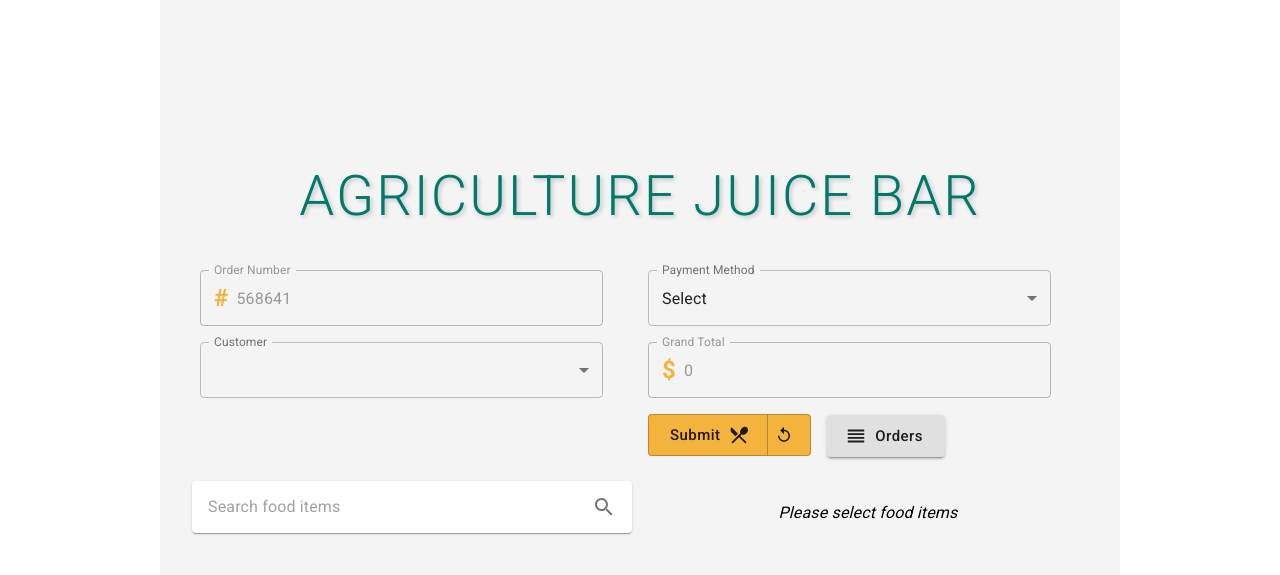
Repository: CydexCode/JuiceBarApplication
Page: / (app in restaurant-app/)
The author's editor kept a copy of each file at every save. The page is drawn from the files as they stood at one save, then again after the next save.
The browser window is 1280 px wide. The pictures show the whole page.
The page's requests for data from a server got no answer. The project was rebuilt for these pictures with package versions that can differ from the ones it lists, and the page was loaded fresh each time. No one was signed in, and anything a server would have sent is missing. Also part of the build but not shown: restaurant-app/src/layouts/Table.js, restaurant-app/src/components/Order/OrderList.js.

Above is the page before, as saved 2024-02-06 07:57:32.

### restaurant-app/public/index.html
<!DOCTYPE html>
<html lang="en">
  <head>
    <meta charset="utf-8" />
    <link rel="icon" href="%PUBLIC_URL%/favicon.ico" />
    <meta name="viewport" content="width=device-width, initial-scale=1" />
    <meta name="theme-color" content="#000000" />
    <meta
      name="description"
      content="Web site created using create-react-app"
    />
    <link rel="apple-touch-icon" href="%PUBLIC_URL%/logo192.png" />
    <!--
      manifest.json provides metadata used when your web app is installed on a
      user's mobile device or desktop. See https://developers.google.com/web/fundamentals/web-app-manifest/
    -->
    <link rel="manifest" href="%PUBLIC_URL%/manifest.json" />
    <!--
      Notice the use of %PUBLIC_URL% in the tags above.
      It will be replaced with the URL of the `public` folder during the build.
      Only files inside the `public` folder can be referenced from the HTML.

      Unlike "/favicon.ico" or "favicon.ico", "%PUBLIC_URL%/favicon.ico" will
      work correctly both with client-side routing and a non-root public URL.
      Learn how to configure a non-root public URL by running `npm run build`.
    -->

    <link rel="preconnect" href="https://fonts.googleapis.com" />
<link rel="preconnect" href="https://fonts.gstatic.com" crossorigin />
<link
  rel="stylesheet"
  href="https://fonts.googleapis.com/css2?family=Roboto:wght@300;400;500;600;700&display=swap"
/>

<link
  rel="stylesheet"
  href="https://fonts.googleapis.com/icon?family=Material+Icons"
/>

    <title>React App</title>

  </head>
  <body>
    <noscript>You need to enable JavaScript to run this app.</noscript>
    <div id="root"></div>
    <!--
      This HTML file is a template.
      If you open it directly in the browser, you will see an empty page.

      You can add webfonts, meta tags, or analytics to this file.
      The build step will place the bundled scripts into the <body> tag.

      To begin the development, run `npm start` or `yarn start`.
      To create a production bundle, use `npm run build` or `yarn build`.
    -->
  </body>
</html>

### restaurant-app/src/index.css
body {
  margin: 0;
  font-family:'Roboto', -apple-system, BlinkMacSystemFont, 'Segoe UI', 'Oxygen',
    'Ubuntu', 'Cantarell', 'Fira Sans', 'Droid Sans', 'Helvetica Neue',
    sans-serif;
  -webkit-font-smoothing: antialiased;
  -moz-osx-font-smoothing: grayscale;
}

code {
  font-family: source-code-pro, Menlo, Monaco, Consolas, 'Courier New',
    monospace;
}

### restaurant-app/src/App.js
import React from 'react';
import { Container, Typography, makeStyles } from '@material-ui/core';
import Order from './components/Order';

const useStyles = makeStyles((theme) => ({
  container: {
    backgroundColor: '#f4f4f4',
    padding: theme.spacing(4),
    display: 'flex',
    flexDirection: 'column',
    alignItems: 'center',
    justifyContent: 'center',
    minHeight: '100vh',
  },
  title: {
    marginBottom: theme.spacing(4),
    fontSize: '3.5rem',
    color: '#00796b', // Green color
    textAlign: 'center',
    textTransform: 'uppercase',
    letterSpacing: '2px',
    textShadow: '2px 2px 4px rgba(0, 0, 0, 0.2)',
  },
}));

function App() {
  const classes = useStyles();

  return (
    <Container className={classes.container} maxWidth="md">
      <Typography className={classes.title} gutterBottom variant="h2" align="center">
        Agriculture Juice Bar
      </Typography>
      <Order />
    </Container>
  );
}

export default App;

### restaurant-app/src/components/Order/index.js
import React from 'react'
import OrderForm from './OrderForm';
import { useForm } from '../../hooks/useForm';
import { ButtonGroup, Grid, InputAdornment, makeStyles, Button as MuiButton } from '@material-ui/core'
import SearchFoodItems from './SearchFoodItems';
import OrderedFoodItems from './OrderedFoodItems';


const generateOrderNumber = () => Math.floor(10000 + Math.random() * 900000).toString();

const getFreshModelObject = () =>({
  orderMasterId :0,
  orderNumber :generateOrderNumber(),
  customerId : 0,
  pMethod : 'none',
  gTotal : 0,
  deletedOrderItemIds:'',
  orderDetails : []
})

export default function Order() {

  const {
    values,
    setValues,
    errors,
    setErrors,
    handleInputChange,
    resetFormControls
  } = useForm(getFreshModelObject)




  return (


<Grid container spacing={2}>

<Grid item xs={12}>
<OrderForm {...{ setValues,values, errors, handleInputChange,setErrors,resetFormControls }} />
            </Grid>

            <Grid item xs={6}>
                <SearchFoodItems
                 {...{

                      values,
                      setValues
                }}
                />

            </Grid>
            <Grid item xs={6}>
                <OrderedFoodItems
                    {...{

                      values,
                      setValues
                      }}
                />
            </Grid>
        </Grid>


  )
}

### restaurant-app/src/hooks/useForm.js
import React, { useState } from 'react'

export function useForm(getFreshModelObject) {

    const [values, setValues] = useState(getFreshModelObject());
    const [errors, setErrors] = useState({});

    const handleInputChange = e => {
        const { name, value } = e.target
        setValues({
            ...values,
            [name]: value
        })
    }

    const resetFormControls = () => {
        setValues(getFreshModelObject());
        setErrors({})
    }

    return {
        values,
        setValues,
        errors,
        setErrors,
        handleInputChange,
        resetFormControls
    }
}

### restaurant-app/src/components/Order/SearchFoodItems.js
import React, { useState, useEffect } from 'react'
import { createAPIEndpoint, ENDPIONTS } from "../../api";
import { List, ListItem, ListItemText, Paper, InputBase, IconButton, makeStyles, ListItemSecondaryAction } from '@material-ui/core';
import SearchTwoToneIcon from '@mui/icons-material/SearchTwoTone';
import PlusOneIcon from '@mui/icons-material/PlusOne';
import ArrowForwardIosIcon from '@mui/icons-material/ArrowForwardIos';

const useStyles = makeStyles(theme => ({
    searchPaper: {
        padding: '2px 4px',
        display: 'flex',
        alignItems: 'center',
    },
    searchInput: {
        marginLeft: theme.spacing(1.5),
        flex: 1,
    },
    listRoot: {
        marginTop: theme.spacing(1),
        maxHeight: 450,
        overflow: 'auto',
        '& li:hover': {
            cursor: 'pointer',
            backgroundColor: '#E3E3E3'
        },
        '& li:hover .MuiButtonBase-root': {
            display: 'block',
            color: '#000',
        },
        '& .MuiButtonBase-root': {
            display: 'none'
        },
        '& .MuiButtonBase-root:hover': {
            backgroundColor: 'transparent'
        }
    }
}))

export default function SearchFoodItems(props) {


    const { values, setValues } = props;
    let orderedFoodItems = values.orderDetails;

    const [foodItems, setFoodItems] = useState([]);
    const [searchList, setSearchList] = useState([]);
    const [searchKey, setSearchKey] = useState('');
    const classes = useStyles();

    useEffect(() => {
        createAPIEndpoint(ENDPIONTS.FOODITEM).fetchAll()
            .then(res => {
                setFoodItems(res.data);
                setSearchList(res.data);
            })
            .catch(err => console.log(err))

    }, [])

    useEffect(() => {
        let x = [...foodItems];
        x = x.filter(y => {
            return y.foodItemName.toLowerCase().includes(searchKey.toLocaleLowerCase())
                && orderedFoodItems.every(item => item.foodItemId != y.foodItemId)
        });
        setSearchList(x);
    }, [searchKey, orderedFoodItems])

    const addFoodItem = foodItem => {
        let x = {
            orderMasterId: values.orderMasterId,
            orderDetailId: 0,
            foodItemId: foodItem.foodItemId,
            quantity: 1,
            foodItemPrice: foodItem.price,
            foodItemName: foodItem.foodItemName
        }
        setValues({
            ...values,
            orderDetails: [...values.orderDetails, x]
        })
    }




    return(

        <div>
        <Paper className = {classes.searchPaper}>
            <InputBase
            className={classes.searchInput}
            value={searchKey}
            onChange={e => setSearchKey(e.target.value)}
            placeholder="Search food items"/>
            <IconButton>
                < SearchTwoToneIcon ></SearchTwoToneIcon>
            </IconButton>
        </Paper>



        <List className={classes.listRoot}>
             {
             searchList.map((item, idx)=>(
                  <ListItem
                  key={idx}
                  onClick={e =>addFoodItem(item)}
                  >
                    <ListItemText
                      primary={item.foodItemName}
                      secondary = {'$'+item.price}/>
                       <ListItemSecondaryAction>
                                <IconButton onClick={e =>addFoodItem(item)}>
                                    <PlusOneIcon></PlusOneIcon>
                                    <ArrowForwardIosIcon/>
                                </IconButton>
                    </ListItemSecondaryAction>
                  </ListItem>

             ))
            }
        </List>

        </div>

    )

}

### restaurant-app/src/components/Order/OrderedFoodItems.js
import React from 'react'
import { List, ListItemText, Paper, ListItem, ListItemSecondaryAction, IconButton, ButtonGroup, Button, makeStyles } from '@material-ui/core';
// import DeleteTwoToneIcon from '@material-ui/icons/DeleteTwoTone';
import { roundTo2DecimalPoint } from "../../utils";
import DeleteTwoToneIcon from '@mui/icons-material/DeleteTwoTone';
import SearchFoodItems from './SearchFoodItems';
import Order from './index';



const useStyles = makeStyles(theme => ({
    paperRoot: {
        margin: '15px 0px',
        '&:hover': {
            cursor: 'pointer'
        },
        '&:hover $deleteButton': {
            display: 'block'
        }
    },
    buttonGroup: {
        backgroundColor: '#E3E3E3',
        borderRadius: 8,
        '& .MuiButtonBase-root ': {
            border: 'none',
            minWidth: '25px',
            padding: '1px'
        },
        '& button:nth-child(2)': {
            fontSize: '1.2em',
            color: '#000'
        }
    },
    deleteButton: {
        display: 'none',
        '& .MuiButtonBase-root': {
            color: '#E81719'
        },
    },
    totalPerItem: {
        fontWeight: 'bolder',
        fontSize: '1.2em',
        margin: '0px 10px'
    }
}))

export default function OrderedFoodItems(props) {

    const {values,setValues } = props;
    const classes = useStyles();

    let orderedFoodItems = values.orderDetails;

    const removeFoodItem = (index, id) => {
        debugger;
        let x = { ...values };
        x.orderDetails = x.orderDetails.filter((_, i) => i != index);
        if (id != 0)
            x.deletedOrderItemIds += id + ',';
        setValues({ ...x });
      }

    const updateQuantity = (idx, value) => {
        let x = { ...values };
        let foodItem = x.orderDetails[idx];
        if (foodItem.quantity + value > 0) {
            foodItem.quantity += value;
            setValues({ ...x });
        }
    }


  return (
   <List>
     {   orderedFoodItems.length == 0 ?
      <ListItem>
      <ListItemText
          primary="Please select food items"
          primaryTypographyProps={{
              style: {
                  textAlign: 'center',
                  fontStyle: 'italic'
              }
          }}
      />
  </ListItem>
    : orderedFoodItems.map((item,idx)=>(
        <paper key={idx} className={classes.paperRoot}>
            <ListItem>
                <ListItemText
                    primary={item.foodItemName}
                    primaryTypographyProps={{
                                    component: 'h1',
                                    style: {
                                        fontWeight: '500',
                                        fontSize: '1.2em'
                                    }
                                }}
                      secondary = {
                        <>
                        <ButtonGroup
                        className={classes.buttonGroup}
                        size="small">
                            <Button
                            onClick={e => updateQuantity(idx, -1)}
                            >-</Button>
                            <Button
                            disabled
                            >{item.quantity}</Button>
                            <Button
                             onClick={e => updateQuantity(idx, +1)}
                            >+</Button>
                        </ButtonGroup>
                        <span className={classes.totalPerItem}>
                        {'$' + roundTo2DecimalPoint(item.quantity * item.foodItemPrice)}
                        </span>
                        </>
                      }
                      secondaryTypographyProps={{
                        component: 'div'
                      }}

                />
                <ListItemSecondaryAction
                className={classes.deleteButton}
                >
                    <IconButton
                    disableRipple
                    onClick={ e => removeFoodItem(idx,item.orderDetailId)}
                    >
                        <DeleteTwoToneIcon/>

                    </IconButton>
                </ListItemSecondaryAction>
            </ListItem>

        </paper>
     ))

     }
   </List>
  )
}

### restaurant-app/src/layouts/Form.js
import React from 'react'

import { makeStyles } from "@material-ui/core";

const useStyles = makeStyles(theme => ({
    root: {
        '& .MuiFormControl-root': {
            width: '90%',
            margin: theme.spacing(1)
        }
    }
}))

export default function Form(props) {
    const classes = useStyles();
    const { children, ...other } = props;


    return (
        <form className={classes.root} noValidate autoComplete="off" {...other}>
            {children}
        </form>
    )
}

### restaurant-app/src/controls/index.js
export { default as Button } from './Button'
export { default as Input } from './Input'
export { default as Select } from './Select'

### restaurant-app/src/api/index.js
import axios from "axios";

const BASE_URL = 'http://localhost:53688/api/';

export const ENDPIONTS = {
    CUSTOMER: 'Customer',
    FOODITEM: 'FoodItem',
    ORDER: 'Order'
}

export const createAPIEndpoint = endpoint => {

    let url = BASE_URL + endpoint + '/';
    return {
        fetchAll: () => axios.get(url),
        fetchById: id => axios.get(url + id),
        create: newRecord => axios.post(url, newRecord),
        update: (id, updatedRecord) => axios.put(url + id, updatedRecord),
        delete: id => axios.delete(url + id)
    }
}

### restaurant-app/src/utils/index.js
export const roundTo2DecimalPoint = value => Math.round((value + Number.EPSILON) * 100) / 100;

### restaurant-app/src/layouts/Popup.js
import React from 'react'
import { Dialog, DialogTitle, DialogContent, makeStyles, Typography, IconButton } from '@material-ui/core';
import CloseIcon from '@mui/icons-material/Close';

const useStyles = makeStyles(theme => ({
    dialogWrapper: {
        padding: theme.spacing(2),
        position: 'absolute',
        top: theme.spacing(5)
    },
    dialogTitle: {
        paddingRight: '0px'
    }
}))

export default function Popup(props) {

    const { title, children, openPopup, setOpenPopup } = props;
    const classes = useStyles();

    return (
        <Dialog open={openPopup} maxWidth="md" classes={{ paper: classes.dialogWrapper }}>
            <DialogTitle className={classes.dialogTitle}>
                <div style={{ display: 'flex' }}>
                    <Typography variant="h6" component="div" style={{ flexGrow: 1 }}>
                        {title}
                    </Typography>
                    <IconButton
                        onClick={() => { setOpenPopup(false) }}>
                        <CloseIcon />
                    </IconButton>
                </div>
            </DialogTitle>
            <DialogContent dividers>
                {children}
            </DialogContent>
        </Dialog>
    )
}

### restaurant-app/src/layouts/Notification.js
import React from 'react'
import { Snackbar, makeStyles } from '@material-ui/core';
import { Alert } from '@material-ui/lab';

const useStyles = makeStyles(theme => ({
    root: {
        top: theme.spacing(9),
        '& .MuiAlert-root': {
            backgroundColor: '#f3b33d',
            color: '#000'
        },
        '& .MuiAlert-icon': {
            color: '#000'
        }
    }
}))

export default function Notification(props) {

    const { notify, setNotify } = props;
    const classes = useStyles()

    const handleClose = (event, reason) => {
        if (reason === 'clickaway') {
            return;
        }
        setNotify({
            ...notify,
            isOpen: false
        })
    }

    return (
        <Snackbar
            autoHideDuration={3000}
            className={classes.root}
            open={notify.isOpen}
            anchorOrigin={{ vertical: 'top', horizontal: 'right' }}
            onClose={handleClose}>
            <Alert
                onClose={handleClose}>
                {notify.message}
            </Alert>
        </Snackbar>
    )
}

### restaurant-app/src/controls/Button.js
import React from 'react'
import { Button as MuiButton, makeStyles } from "@material-ui/core";

const useStyles = makeStyles(theme => ({
    root: {
        margin: theme.spacing(1),
        '& .MuiButton-label': {
            textTransform: 'none'
        }
    }
}))

export default function Button(props) {

    const { children, color, variant, onClick, className, ...other } = props;
    const classes = useStyles();

    return (
        <MuiButton
            className={classes.root + ' ' + (className || '')}
            variant={variant || "contained"}
            color={color || "default"}
            onClick={onClick}
            {...other}>
            {children}
        </MuiButton>
    )
}

### restaurant-app/src/controls/Input.js
import React from 'react'
import { TextField } from '@material-ui/core';

export default function Input(props) {

    const { name, label, value, variant, onChange, error = null, ...other } = props;
    return (
        <TextField
            variant={variant || "outlined"}
            label={label}
            name={name}
            value={value}
            onChange={onChange}
            {...other}
            {...(error && { error: true, helperText: error })}
        />
    )
}

### restaurant-app/src/controls/Select.js
import React from 'react'
import { FormControl, InputLabel, Select as MuiSelect, MenuItem, FormHelperText } from '@material-ui/core';

export default function Select(props) {

    const { name, label, value, varient, onChange, options, error = null } = props;

    return (
        <FormControl
            variant={varient || "outlined"}
            {...(error && { error: true })}>
            <InputLabel>{label}</InputLabel>
            <MuiSelect
                label={label}
                name={name}
                value={value}
                onChange={onChange}>
                {
                    options.map(
                        item => (<MenuItem key={item.id} value={item.id}>{item.title}</MenuItem>)
                    )
                }
            </MuiSelect>
            {error && <FormHelperText>{error}</FormHelperText>}
        </FormControl>
    )
}

Loaded but not shown: restaurant-app/src/index.js (common file); restaurant-app/src/reportWebVitals.js (common file); restaurant-app/src/components/Order/OrderForm.js (213 lines, source omitted)

After the next save:
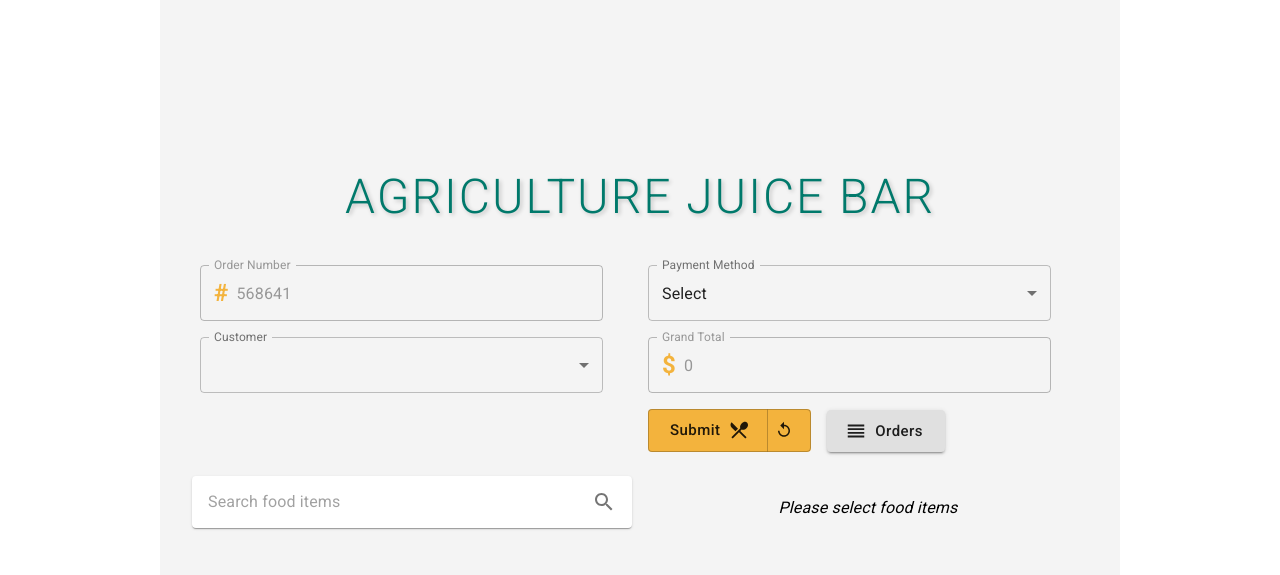
Saved 16 s later.
--- a/restaurant-app/src/App.js
+++ b/restaurant-app/src/App.js
@@ -14,7 +14,7 @@ const useStyles = makeStyles((theme) => ({
   },
   title: {
     marginBottom: theme.spacing(4),
-    fontSize: '3.5rem',
+    fontSize: '3rem',
     color: '#00796b', // Green color
     textAlign: 'center',
     textTransform: 'uppercase',
